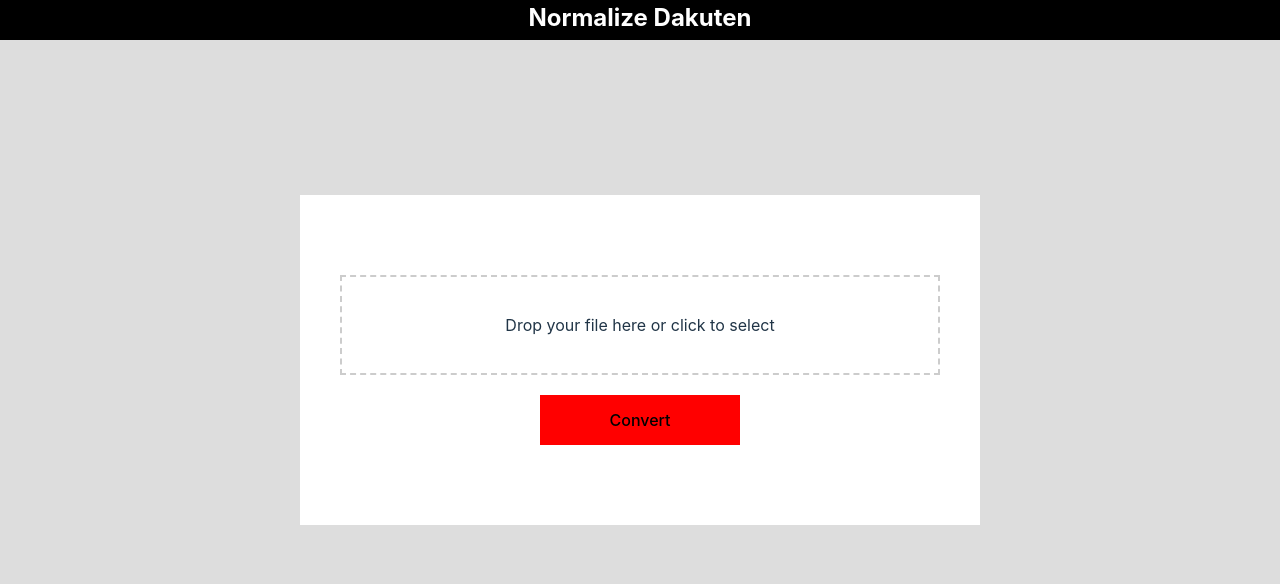
Repository: CatHandsService/normalize_dakuten
Page: / (app in front/)
The author's editor kept a copy of each file at every save. The page is drawn from the files as they stood at one save, then again after the next save.
The browser window is 1280 px wide. The pictures show the whole page.
The project was rebuilt for these pictures with package versions that can differ from the ones it lists, and the page was loaded fresh each time. Also part of the build but not shown: front/vite.config.ts.

Above is the page before, as saved 2024-01-27 16:56:40.

### front/src/App.tsx
import './App.css'
import { Header } from './components/Header'
import { ImportFile } from './components/ImportFile'
import { Convert } from './components/Convert'

function App() {

  return (
    <div className='main'>
      <Header />
      <div className='container'>
        <ImportFile />
        <Convert />
      </div>
    </div>
  )
}

export default App

### front/src/App.css
#root {
  max-width: 1280px;
  margin: 0 auto;
  padding: 2rem;
  text-align: center;
}

body {
  background-color: #ddd;
}

.header {
  width: 100%;
  height: 40px;
  background-color: #000;
  color: #fff;
  font-size: 24px;
  font-weight: bold;
  text-align: center;
  position: fixed;
  left: 0;
  top: 0;
}
.container {
  width: 600px;
  /* height: 300px; */
  margin: 60px auto;
  padding: 80px 40px;
  background-color: #fff;
  display: flex;
  flex-direction: column;
  justify-content: space-between;
}

.inputField {
  width: 400px;
  height: 300px;
}
.convert {
  width: 200px;
  height: 50px;
  margin-top: 20px;
  background-color: #f00;
  border-radius: 0;
}

.message {
  margin-bottom: 0;
}

.validMessage {
  color: blue;
  font-size: 24px;
  font-weight: bold;
}

.failedMessage {
  color: red;
  font-size: 24px;
  font-weight: bold;
}

### front/src/components/Header.tsx
import '../App.css'

export const Header = () => {
  return (
    <div className="header">
      Normalize Dakuten
    </div>
  )
}

### front/src/components/ImportFile.tsx
import '../App.css'
import React, { useCallback, useState } from 'react';
import { useDropzone } from 'react-dropzone';

export const ImportFile = () => {
  const [selectedFile, setSelectedFile] = useState<File | null>(null);
  const [fileName, setFileName] = useState<string>('');
  const [validMessage, setValidMessage] = useState<string>('');
  const [errorMessage, setErrorMessage] = useState<string>('');

  const onDrop = useCallback((acceptedFiles: File[]) => {
    // ファイルが選択された時の処理
    const file = acceptedFiles[0];
    setSelectedFile(file);
    setFileName(file.name);

    // エクセルで取り扱えるファイルかどうかのバリデーションを実行
    if (validateFile(file)) {
      // バリデーションが通れば、ここで必要な処理を実行
      setErrorMessage("");
      setValidMessage('The file is a file that can be handled by Excel.');
      console.log('The file is a file that can be handled by Excel.');
    } else {
      // バリデーションが通らない場合はエラーメッセージを表示などの処理を実行
      console.error('This file cannot be handled by Excel.');
      // window.confirm("This file cannot be handled by Excel.");
      setValidMessage("");
      setErrorMessage("This file cannot be handled by Excel.");
      setSelectedFile(null);
      setFileName('');
    }
  }, []);

  const validateFile = (file: File): boolean => {
    // エクセルで取り扱えるかのバリデーションロジックをここに実装
    // 例として、拡張子がxlsxの場合にtrueを返すものとします
    return file.name.toLowerCase().endsWith('.xlsx');
  };

  const { getRootProps, getInputProps } = useDropzone({
    onDrop,
    multiple: false, // 一度に複数のファイルを選択できないようにする
    accept: '.xlsx', // 受け入れるファイルの種類を指定
  });

  return (
    <div>
      <div {...getRootProps()} style={dropzoneStyles}>
        <input className='inputField' {...getInputProps()} />
        <p>Drop your file here or click to select</p>
        {validMessage !== ""
            ? <p className='validMessage'>{validMessage}</p>
            : errorMessage !== ""
              ? <p className='failedMessage'>{errorMessage}</p>
              : null
        }
      </div>
      {selectedFile && (
        <p className='message'>selected file : {fileName}</p>
      )}
    </div>
  );
};

const dropzoneStyles: React.CSSProperties = {
  border: '2px dashed #cccccc',
  padding: '20px',
  textAlign: 'center',
  cursor: 'pointer',
};

### front/src/components/Convert.tsx
import '../App.css'

export const Convert = () => {
  return (
    <div>
      <button className='convert'>Convert</button>
    </div>
  )
}

Loaded but not shown: front/index.html (common file); front/src/main.tsx (common file); front/src/index.css (common file)

After the next save:
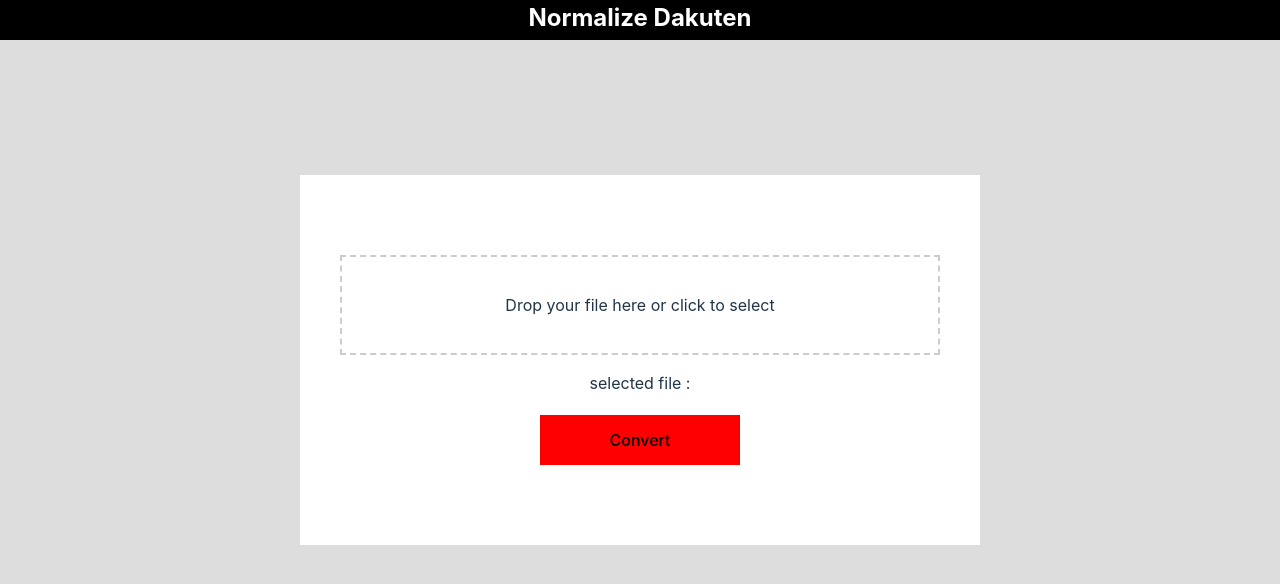
Saved 67 s later.
--- a/front/src/components/ImportFile.tsx
+++ b/front/src/components/ImportFile.tsx
@@ -55,7 +55,7 @@
               : null
         }
       </div>
-      {selectedFile && (
+      { (
         <p className='message'>selected file : {fileName}</p>
       )}
     </div>

After the save that followed:
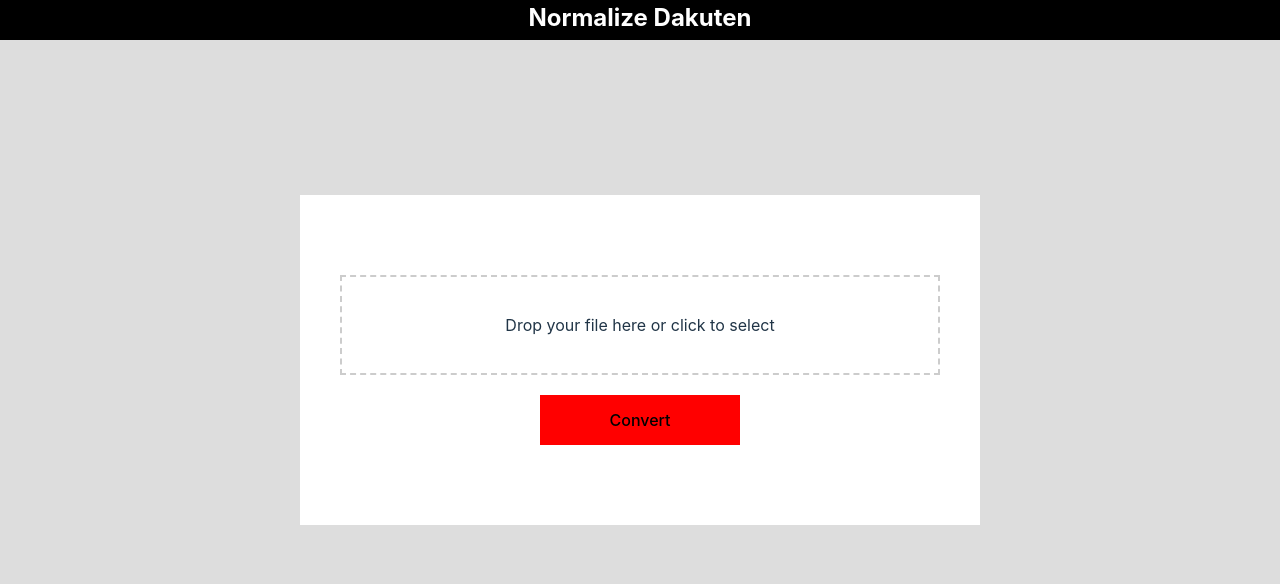
Saved 37 s later.
--- a/front/src/components/ImportFile.tsx
+++ b/front/src/components/ImportFile.tsx
@@ -26,7 +26,7 @@
       // window.confirm("This file cannot be handled by Excel.");
       setValidMessage("");
       setErrorMessage("This file cannot be handled by Excel.");
-      setSelectedFile(null);
+      // setSelectedFile(null);
       setFileName('');
     }
   }, []);
@@ -55,7 +55,7 @@
               : null
         }
       </div>
-      { (
+      {selectedFile && (
         <p className='message'>selected file : {fileName}</p>
       )}
     </div>
